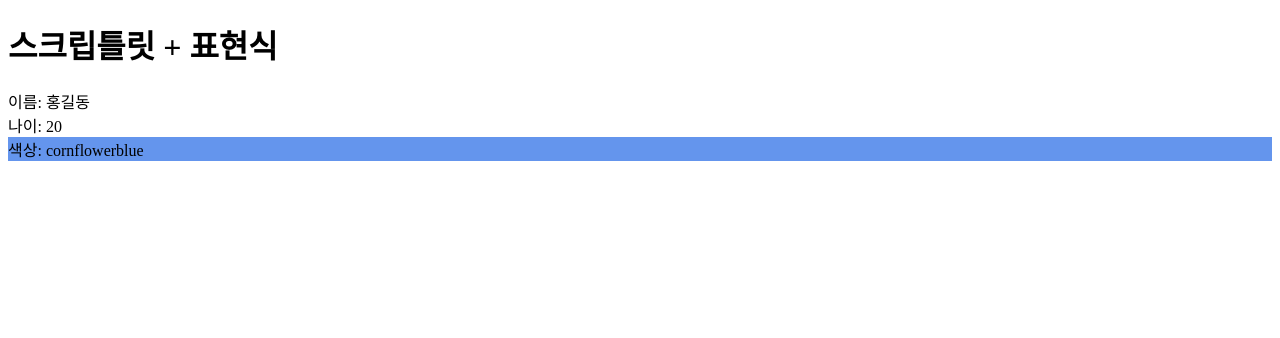
Repository: sungken/JSP
Page: http://localhost/JSPTest/ex06_script.jsp
The author's editor kept a copy of each file at every save. The page is drawn from the files as they stood at one save, then again after the next save.
The browser window is 1280 px wide. The pictures show the whole page.
The page is served by Tomcat 9.

Above is the page before, as saved 2024-04-01 06:49:01.

### JSPTest/src/main/webapp/ex06_script.jsp
<%@ page language="java" contentType="text/html; charset=UTF-8"
    pageEncoding="UTF-8"%>
<%
	//비지니스 코드 작업 위치

	//Connection conn;
	//PrepapredStatement stat
	// ResultSet rs;
	// rs.getString("name");

	String name = "홍길동";
	int age = 20;
	String color = "cornflowerblue";
	String css = "font-size: 3rem;";

%>
<!DOCTYPE html>
<html>
<head>
<meta charset="UTF-8">
<title>Insert title here</title>
</head>
<body>
	<!-- ex06_script.jsp -->
	<%-- 주석 --%>


	<h1>스크립틀릿 + 표현식</h1>

	<div>이름: <%= name %></div>
	<div>나이: <%= age %></div>
	<div style="background-color: <%= color %>">색상: <%= color %></div>



</body>
</html>

After the next save:
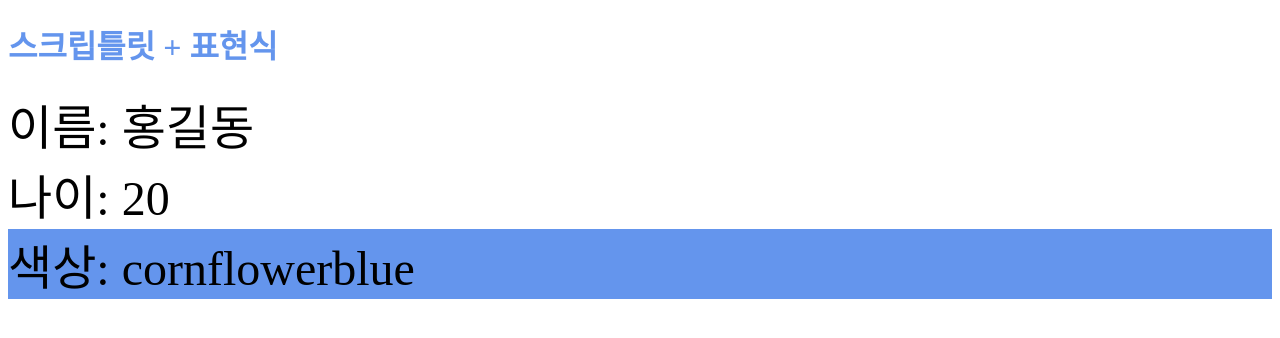
Saved 10 s later.
--- a/JSPTest/src/main/webapp/ex06_script.jsp
+++ b/JSPTest/src/main/webapp/ex06_script.jsp
@@ -19,6 +19,15 @@
 <head>
 <meta charset="UTF-8">
 <title>Insert title here</title>
+<style>
+	h1 {
+		color: <%= color %>;
+	}
+
+	div {
+		<%= css %>
+	}
+</style>
 </head>
 <body>
 	<!-- ex06_script.jsp -->
